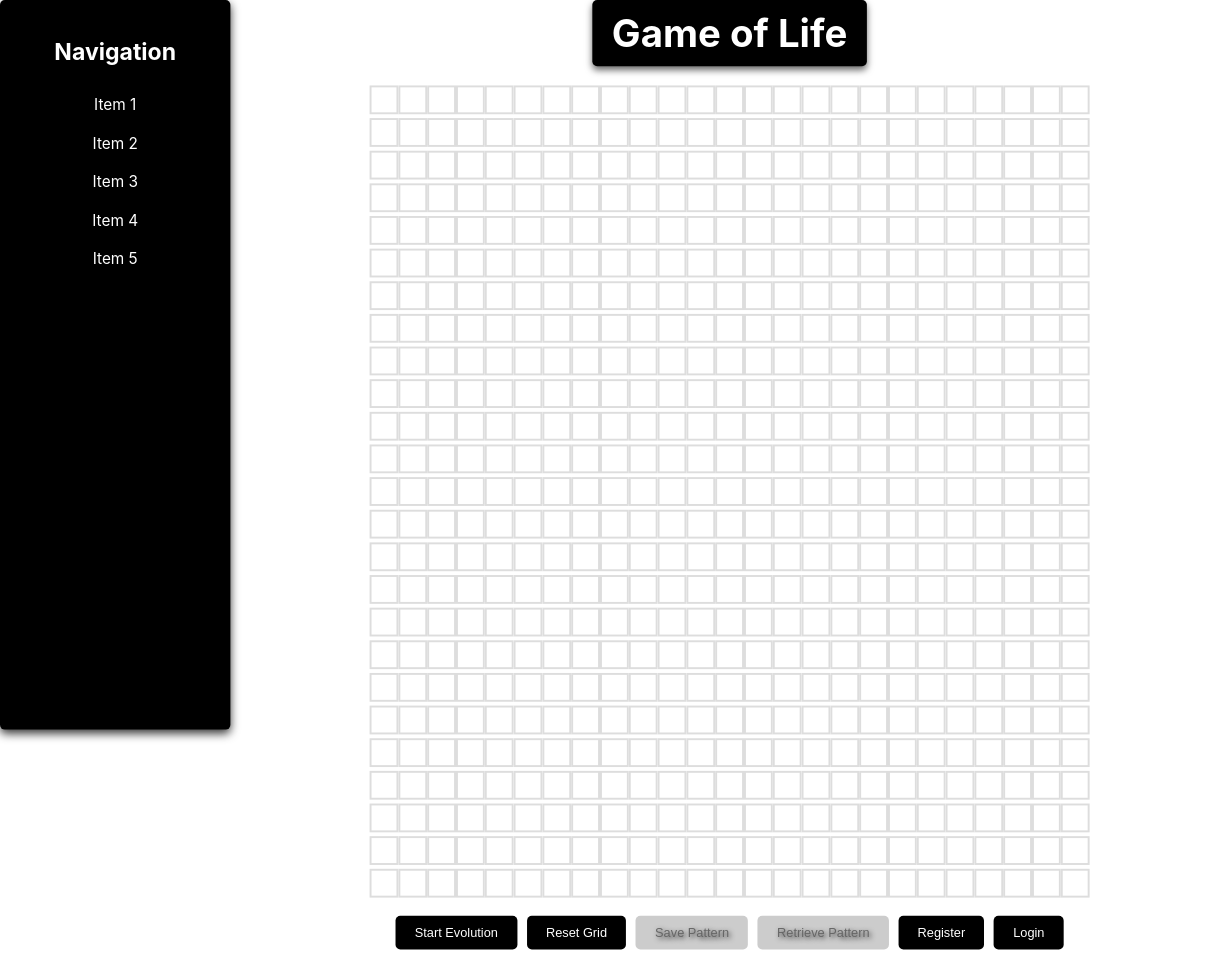
Repository: MarioDiekmann/GameOfLife
Page: /
An editor plug-in stored every save of this project. The page is shown before and after the next save, followed by the edit.
The browser window is 1280 px wide. The pictures show the whole page, at 96% of full size.
The project was rebuilt for these pictures with package versions that can differ from the ones it lists, and the page was loaded fresh each time. Also part of the build but not shown: src/components/InputForm.js, src/components/LoadPatternForm.js, src/components/RegistrationForm.js, src/components/LoginForm.js.

Above is the page before, as saved 2024-11-02 03:07:03.

### src/App.js
import React from 'react';
import { BrowserRouter as Router, Route, Routes } from 'react-router-dom';
import Game from './components/Game';
import './App.css';
import {AuthProvider} from './AuthContext';

function App() {
  return (
    <AuthProvider>
    <Router>
      <div className="App">
        <Routes>
          <Route path="/" element={<Game/>} />
        </Routes>
      </div>
    </Router>
    </AuthProvider>
  );
}

export default App;

### src/components/Game.js
import React, { useState, useEffect, useCallback, useRef, useContext } from "react";
import Cell from "./Cell";
import axios from "axios";
import InputForm from "./InputForm";
import './Game.css';
import NavBar from "./NavBar";
import LoadPatternForm from "./LoadPatternForm";
import RegistrationForm from "./RegistrationForm";
import LoginForm from "./LoginForm";
import { AuthContext } from '../AuthContext';

const Game = () => {
    const startingsize = 25;
    const [size, setSize] = useState(startingsize);
    const [epochs, setEpochs] = useState(0);
    const [isEvolving, setIsEvolving] = useState(false);
    const [initialPattern, setInitialPattern] = useState([]);

    const [isFormVisible, setIsFormVisible] = useState(false); // State to control form visibility
    const [patternRequested, setPatternRequested] = useState(false);
    const [registrationRequested, setRegistrationRequested] = useState(false);
    const [loginRequested, setLoginRequested] = useState(false);
    const initGrid = () => Array.from({ length: size }, () => Array(size).fill(false));
    const [grid, setGrid] = useState(initGrid());
    const [tokenPresent, setTokenPresent] = useState(false);

    const previousGridRef = useRef(grid); // Reference to hold the previous grid

    const { isTokenExpired, handleLogout, token } = useContext(AuthContext);

    useEffect(() => {
        if(localStorage.getItem('authToken')){
            setTokenPresent(true);
        }
        if (isTokenExpired) {
            alert("Your session has expired. Please log in again.");
            handleLogout();
        }
    }, [isTokenExpired, handleLogout]);

    const toggleCellState = (row, col) => {
        setGrid(prevGrid => {
            const newGrid = prevGrid.map((r, i) =>
                r.map((cell, j) => (i === row && j === col ? !cell : cell))
            );
            return newGrid;
        });
    };

    const resetGrid = () => {
        setIsEvolving(false);
        setEpochs(0);
        setSize(prevSize => {
            const newGrid = Array.from({ length: startingsize }, () => Array(startingsize).fill(false));
            setGrid(newGrid);
            setInitialPattern(newGrid);
            return startingsize;
        });
    };

    const renderGrid = () => {
        return grid.map((row, rowIndex) => (
            <div key={rowIndex} className="row">
                {row.map((cell, colIndex) => (
                    <Cell
                        key={`${rowIndex}-${colIndex}`}
                        isAlive={cell}
                        onClick={() => toggleCellState(rowIndex, colIndex)}
                    />
                ))}
            </div>
        ));
    };

    const countNeighboursAlive = useCallback((row, col) => {
        let count = 0;
        for (let i = row - 1; i <= row + 1; i++) {
            for (let j = col - 1; j <= col + 1; j++) {
                if ((i >= 0 && i < size) && (j >= 0 && j < size) && !(i === row && j === col)) {
                    count += grid[i][j] ? 1 : 0;
                }
            }
        }
        return count;
    }, [grid, size]);

    const updateGrid = useCallback(() => {
        let newGrid = grid.map((row, rowIndex) =>
            row.map((cell, colIndex) => {
                const gridCount = countNeighboursAlive(rowIndex, colIndex);
                return cell ? gridCount === 2 || gridCount === 3 : gridCount === 3;
            })
        );
        setGrid(newGrid);
        return newGrid;
    }, [countNeighboursAlive, grid]);

    const saveInitialPattern = () => {
        const deepCopy = grid.map(row => row.slice());
        setInitialPattern(deepCopy); // Save current grid as the initial pattern
    };

    const checkEdges = useCallback(() => {
        const indicesAlive = [];
        // Check upper, right, lower, and left edges
        for (let col = 0; col < size - 2; col++) {
            if (grid[0][col] && grid[0][col + 1] && grid[0][col + 2]) {
                indicesAlive.push([0, col + 1]);
                indicesAlive.push([-1, col + 1]);
            }
        }
        for (let row = 0; row < size - 2; row++) {
            if (grid[row][size - 1] && grid[row + 1][size - 1] && grid[row + 2][size - 1]) {
                indicesAlive.push([row + 1, size - 1]);
                indicesAlive.push([row + 1, size]);
            }
        }
        for (let col = size - 1; col > 1; col--) {
            if (grid[size - 1][col] && grid[size - 1][col - 1] && grid[size - 1][col - 2]) {
                indicesAlive.push([size - 1, col - 1]);
                indicesAlive.push([size, col - 1]);
            }
        }
        for (let row = size - 1; row > 1; row--) {
            if (grid[row][0] && grid[row - 1][0] && grid[row - 2][0]) {
                indicesAlive.push([row - 1, 0]);
                indicesAlive.push([row - 1, -1]);
            }
        }
        return indicesAlive;
    }, [grid, size]);

    const expandGrid = useCallback((indicesAlive) => {
        setGrid(prevGrid => {
            const newSize = 2 * size; // Double the size
            const newGrid = Array.from({ length: newSize }, () => Array(newSize).fill(false));

            // Calculate the offset to center the old grid in the new one
            const rowOffset = Math.floor((newSize - size) / 2);
            const colOffset = Math.floor((newSize - size) / 2);

            // Copy the existing grid to the center of the new grid
            for (let row = 0; row < size; row++) {
                for (let col = 0; col < size; col++) {
                    if (prevGrid[row][col]) {
                        newGrid[row + rowOffset][col + colOffset] = true; // Copy with offsets
                    }
                }
            }

            // Handle indicesAlive and place the alive cells correctly
            for (const [row, col] of indicesAlive) {
                let newRow = row;
                let newCol = col;

                // Adjust row and col if they are outside the original grid
                if (row === -1) newRow = rowOffset - 1;
                if (col === -1) newCol = colOffset - 1;

                newRow += rowOffset;
                newCol += colOffset;

                // Make sure the calculated newRow and newCol are within bounds
                if (newRow >= 0 && newRow < newSize && newCol >= 0 && newCol < newSize) {
                    newGrid[newRow][newCol] = true;  // Mark the cell as alive in the new grid
                }
            }

            setSize(newSize);  // Update size to the new expanded size
            return newGrid;
        });
    }, [size]);

    const runEpoch = useCallback(() => {
        const prevGrid = previousGridRef.current;
        const newGrid = updateGrid();

        const gridsAreEqual = prevGrid.every((row, i) =>
            row.every((cell, j) => cell === newGrid[i][j])
        );

        if (gridsAreEqual) {
            setIsEvolving(false);
            alert("You reached a stillstand");
            return true;
        }

        const indicesAlive = checkEdges(); // Check if we need to expand the grid
        if (indicesAlive.length !== 0) {
            expandGrid(indicesAlive);
        }

        setEpochs(prevEpochs => prevEpochs + 1);
        previousGridRef.current = newGrid;
        return false;
    }, [checkEdges, expandGrid, updateGrid]);

    useEffect(() => {
        if (!isEvolving) return;

        const maxEpochs = 1000;
        let updatedEpochs = 0;

        const interval = setInterval(() => {
            if (updatedEpochs < maxEpochs) {
                const stillstand = runEpoch();
                if (stillstand) {
                    clearInterval(interval);
                }
                updatedEpochs++;
            } else {
                setIsEvolving(false);
                clearInterval(interval);
            }
        }, 2000);

        return () => clearInterval(interval);
    }, [isEvolving, runEpoch]);

    const startEvolution = () => {
        previousGridRef.current = grid;
        setIsEvolving(!isEvolving);
        saveInitialPattern(); // Save the pattern before starting evolution
    };

    const stopEvolution = () => {
        previousGridRef.current = grid;
        setIsEvolving(!isEvolving);
    };

    const closeForm = () => {
        setIsFormVisible(false); // Close the save pattern form
        setPatternRequested(false); // Close the retrieve pattern form
        setRegistrationRequested(false); // Close the registration form
        setLoginRequested(false); // Close the login form
    };

    const closeLogin = () => {
        setLoginRequested(false); // Close the login form
        window.location.reload();
    };

    const makeFormVisible = () => {
        setIsFormVisible(true); // Show the form to save pattern
    };

    const makeRequestVisible = () => {
        setPatternRequested(true); // Show the form to retrieve pattern
    };

    const makeRegistrationVisible = () => {
        setRegistrationRequested(true); // Show the form to register
    };

    const makeLoginVisible = () => {
        if(token){
            handleLogout();
        }
        else{
        setLoginRequested(true)}; // Show the form to log in

    };

    return (
        <div style={{ display: 'flex', height: '100vh' }}>
            <NavBar />
            <div style={{ flexGrow: 1, display: 'flex', flexDirection: 'column', alignItems: 'center' }}>
                <div className="banner">
                    <h1>Game of Life</h1>
                </div>
                <br />
                {renderGrid()}
                <div className="button-container">
    <button className="button" onClick={isEvolving ? stopEvolution : startEvolution}>
        {isEvolving ? "Stop Evolution" : "Start Evolution"}
    </button>
    <button className="button reset-btn" onClick={resetGrid}>Reset Grid</button>
    {/*<div>EPOCHS: {epochs}</div>*/}
    <button className="button" onClick={makeFormVisible} disabled={!tokenPresent}>Save Pattern</button>
    <button className="button" onClick={makeRequestVisible} disabled={!tokenPresent}>Retrieve Pattern</button>
    <button className="button" onClick={makeRegistrationVisible}>Register</button>
    <button className="button" onClick={makeLoginVisible}>{token ? "Logout" : "Login"}</button>
</div>


                {/* Show the form conditionally */}
                {isFormVisible && (
                    <div className="popup-overlay">
                        <div className="popup-content">
                            <InputForm pattern={initialPattern} onSubmit={closeForm} />
                        </div>
                    </div>
                )}
                {patternRequested && (
                    <div className="popup-overlay">
                        <div className="popup-content">
                            <LoadPatternForm onSubmit={closeForm} />
                        </div>
                    </div>
                )}
                {registrationRequested && (
                    <div className="popup-overlay">
                        <div className="popup-content">
                            <RegistrationForm onSubmit={closeForm} />
                        </div>
                    </div>
                )}
                {loginRequested && (
                    <div className="popup-overlay">
                        <div className="popup-content">
                            <LoginForm onSubmit={closeLogin} />
                        </div>
                    </div>
                )}
            </div>
        </div>
    );
};

export default Game;

### src/components/Cell.js
import React from 'react';
import './Cell.css'

const Cell = ({ isAlive, onClick }) => {
  return (
    <div
      className={`cell ${isAlive ? 'alive' : 'dead'}`}
      onClick={onClick}
    ></div>
  );
};

export default Cell;

### src/components/Game.css
.popup-overlay {
    position: fixed;
    top: 0;
    left: 0;
    width: 100%;
    height: 100%;
    background: rgba(0, 0, 0, 0.5); /* Semi-transparent background */
    display: flex;
    justify-content: center;
    align-items: center;
    z-index: 1000; /* Ensure it's above other content */
}

.popup-content {
    background: white;
    padding: 20px;
    border-radius: 8px;
    box-shadow: 0 4px 8px rgba(0, 0, 0, 0.1);
    width: 300px;
    z-index: 1001; /* Above the backdrop */
}

body.modal-open {
    overflow: hidden; /* Prevent scrolling when modal is open */
}

.banner {
    background-color: black;
    padding: 10px 20px; /* Adjusted padding for a tighter fit */
    display: inline-block; /* Makes the banner fit the text */
    text-align: center;
    box-shadow: 0 4px 8px rgba(0, 0, 0, 0.6);
    border-radius: 5px; /* Optional: Adds rounded corners */
}

.banner h1 {
    color: white;
    font-size: 2.5em; /* Slightly reduced font size for better fit */
    text-shadow: 2px 2px 5px rgba(0, 0, 0, 0.8);
    margin: 0; /* Removes default margin */
}

.button-container {
    display: flex; /* Align items in a row */
    justify-content: center; /* Center the buttons horizontally */
    margin-top: 10px; /* Space between the grid and buttons */
}

.button {
    background-color: black; /* Same as the banner background */
    color: white; /* White text for contrast */
    padding: 10px 20px; /* Padding for a better touch target */
    border: none; /* Remove default border */
    border-radius: 5px; /* Rounded corners */
    cursor: pointer; /* Pointer cursor on hover */
    margin: 5px; /* Space between buttons */
    text-shadow: 2px 2px 5px rgba(0, 0, 0, 0.8); /* Similar text shadow as the banner */
}

.button:hover {
    background-color: #333; /* Slightly lighter on hover */
}

.button:disabled {
    background-color: #ccc; /* Grey background for disabled state */
    color: #666; /* Lighter text color */
    cursor: not-allowed; /* Change cursor to indicate it's disabled */
    pointer-events: none; /* Prevent click events */
}

### src/components/NavBar.js
import React from 'react';
import './NavBar.css'; // Create this CSS file for styling

const NavBar = () => {
    const navItems = ["Item 1", "Item 2", "Item 3", "Item 4", "Item 5"]; // Replace with your desired items

    return (
        <div className="navbar">
            <h2>Navigation</h2>
            <ul>
                {navItems.map((item, index) => (
                    <li key={index}>{item}</li>
                ))}
            </ul>
        </div>
    );
};

export default NavBar;

### src/components/Cell.css
.cell {
    width: 30px; /* Width of each cell */
    height: 30px; /* Height of each cell */
    display: inline-block; /* Align cells next to each other */
    border: 2px solid #ddd; /* Light border around each cell */
    box-sizing: border-box; /* Include padding and border in the element's total width and height */
    transition: background-color 0.3s; /* Smooth transition for background color */
  }

  .cell.alive {
    background-color: black; /* Green for living cells */
  }

  .cell.dead {
    background-color: white; /* Red for dead cells */
  }

### src/components/NavBar.css
.navbar {
    background-color: black;            /* Black background */
    color: white;                       /* White text color */
    padding: 20px;                      /* Padding around the content */
    width: 200px;                       /* Set width for the navbar */
    box-shadow: 0 4px 10px rgba(0, 0, 0, 0.8); /* Add shadow */
    border-radius: 5px;                /* Rounded corners */
    height: 100%;                       /* Full height */
}

.navbar h2 {
    text-align: center;                 /* Center header text */
    margin-bottom: 20px;                /* Space below the header */
}

/* Other styles remain unchanged */


.navbar ul {
    list-style-type: none;              /* Remove default list styles */
    padding: 0;                         /* Remove padding */
}

.navbar li {
    padding: 10px;                      /* Padding for each item */
    cursor: pointer;                    /* Pointer cursor on hover */
    text-align: center;                 /* Center text */
    transition: background-color 0.3s;  /* Smooth background change */
}

.navbar li:hover {
    background-color: #444;             /* Change background on hover */
}

Loaded but not shown: public/index.html (common file); src/index.js (common file); src/index.css (common file); src/reportWebVitals.js (common file); src/App.css (common file); src/AuthContext.js (83 lines, source omitted)

After the next save:
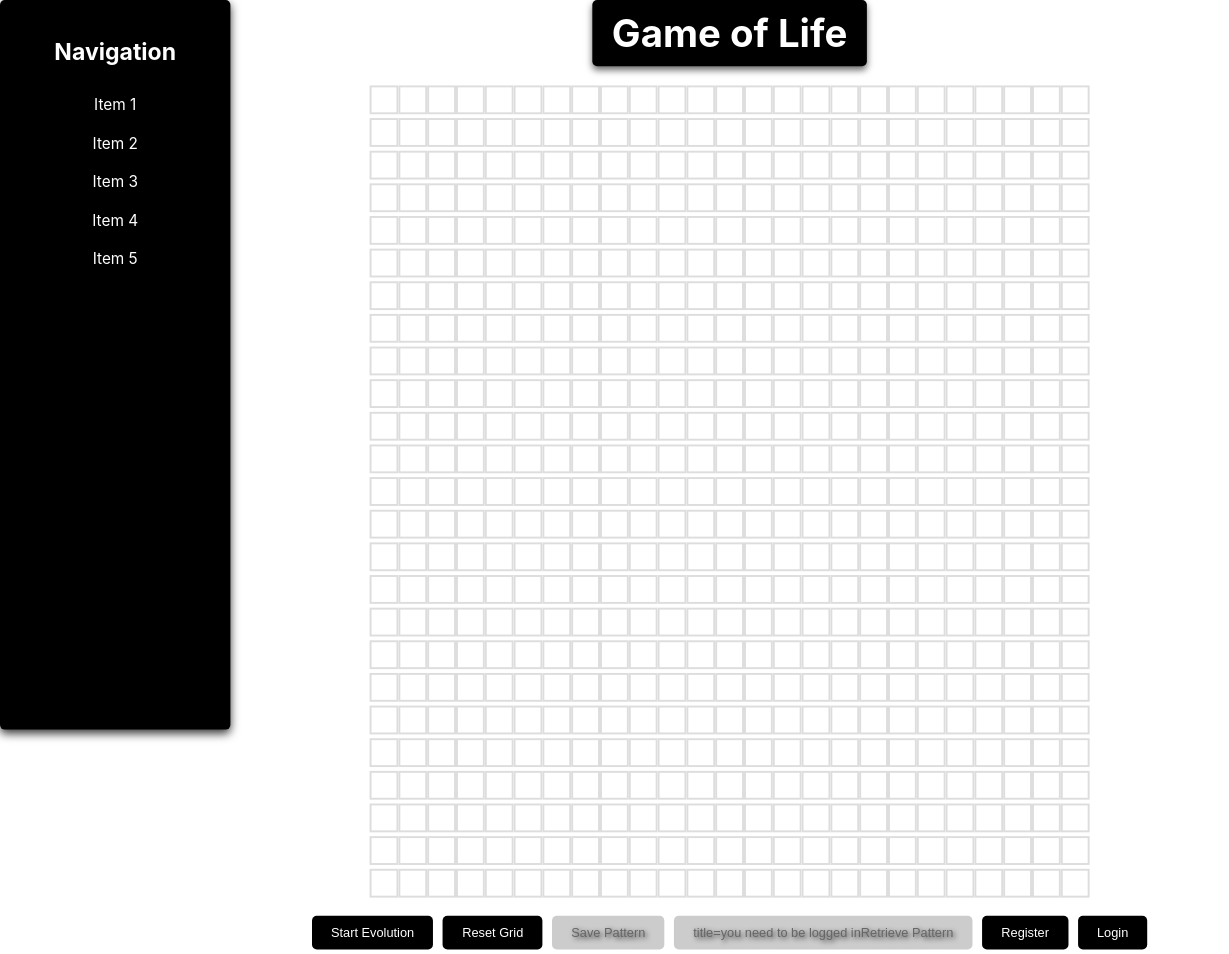
Saved 6 min 42 s later.
--- a/src/components/Game.js
+++ b/src/components/Game.js
@@ -277,7 +277,7 @@
     <button className="button reset-btn" onClick={resetGrid}>Reset Grid</button>
     {/*<div>EPOCHS: {epochs}</div>*/}
     <button className="button" onClick={makeFormVisible} disabled={!tokenPresent}>Save Pattern</button>
-    <button className="button" onClick={makeRequestVisible} disabled={!tokenPresent}>Retrieve Pattern</button>
+    <button className="button" onClick={makeRequestVisible} disabled={!tokenPresent}> title={tokenPresent ? "" : "you need to be logged in"}Retrieve Pattern</button>
     <button className="button" onClick={makeRegistrationVisible}>Register</button>
     <button className="button" onClick={makeLoginVisible}>{token ? "Logout" : "Login"}</button>
 </div>

After the save that followed:
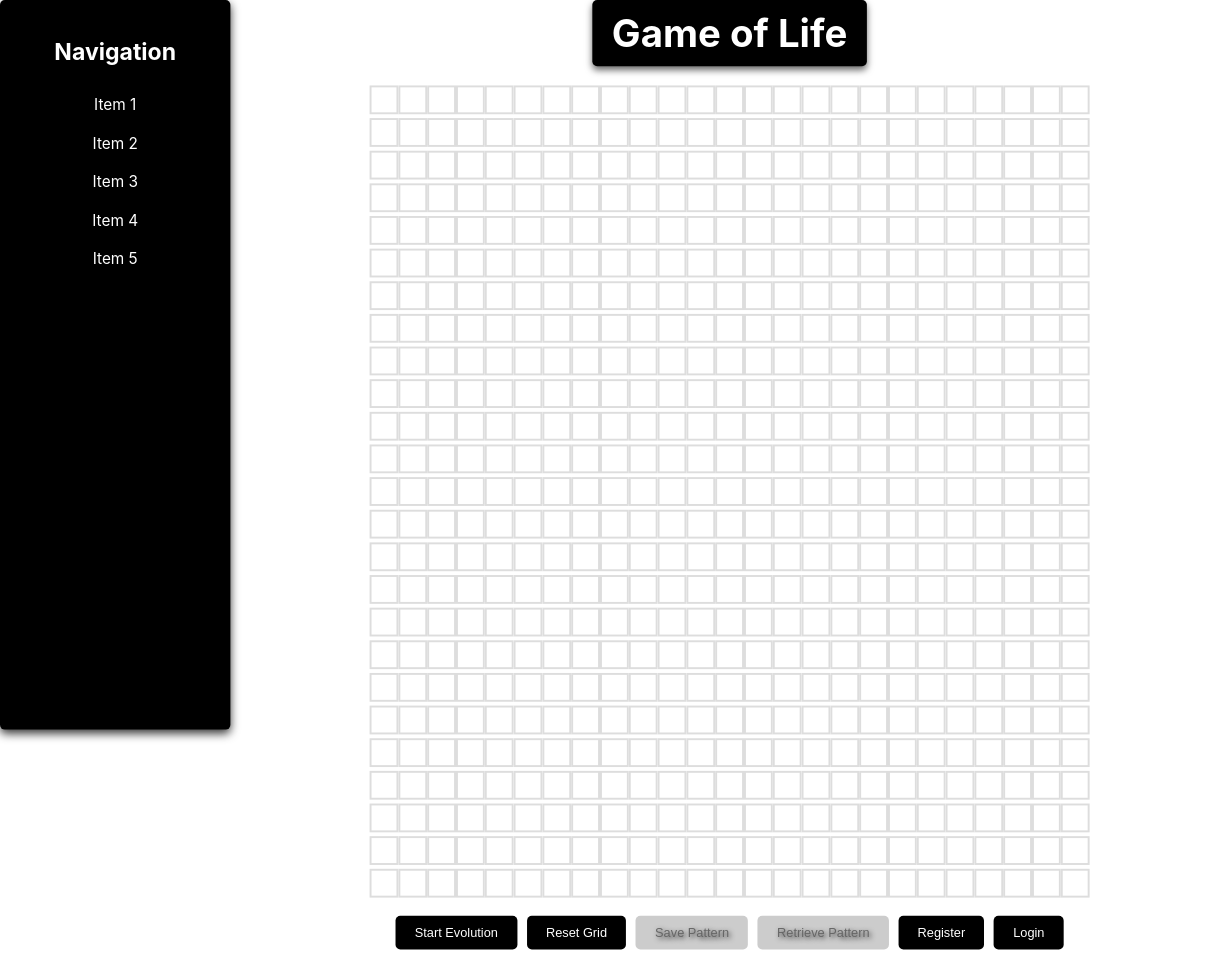
Saved 55 s later.
--- a/src/components/Game.js
+++ b/src/components/Game.js
@@ -277,7 +277,7 @@
     <button className="button reset-btn" onClick={resetGrid}>Reset Grid</button>
     {/*<div>EPOCHS: {epochs}</div>*/}
     <button className="button" onClick={makeFormVisible} disabled={!tokenPresent}>Save Pattern</button>
-    <button className="button" onClick={makeRequestVisible} disabled={!tokenPresent}> title={tokenPresent ? "" : "you need to be logged in"}Retrieve Pattern</button>
+    <button className="button" onClick={makeRequestVisible} disabled={!tokenPresent} title={tokenPresent ? "" : "you need to be logged in"}>Retrieve Pattern</button>
     <button className="button" onClick={makeRegistrationVisible}>Register</button>
     <button className="button" onClick={makeLoginVisible}>{token ? "Logout" : "Login"}</button>
 </div>
